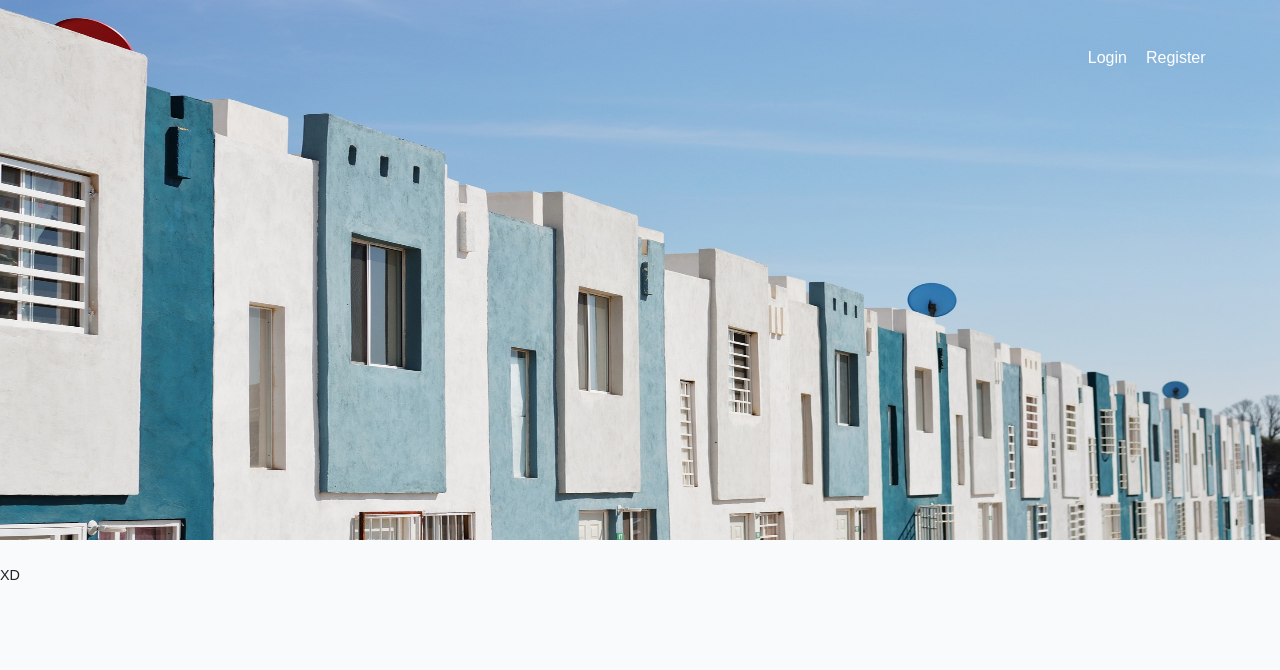
Repository: PatryxB/buildHouse
Page: http://localhost/
An editor plug-in stored every save of this project. The page is shown before and after the next save, followed by the edit.
The browser window is 1280 px wide. The pictures show the whole page.
Some web fonts or font styles are not loaded; a fallback is used. The page is served by the project's Laravel application, run on PHP 8.4 with Laravel 8. Style sheets and scripts are compiled from the project's sources, by tool versions that may differ from the author's.

Above is the page before, as saved 2020-04-30 20:08:51.

After the next save:
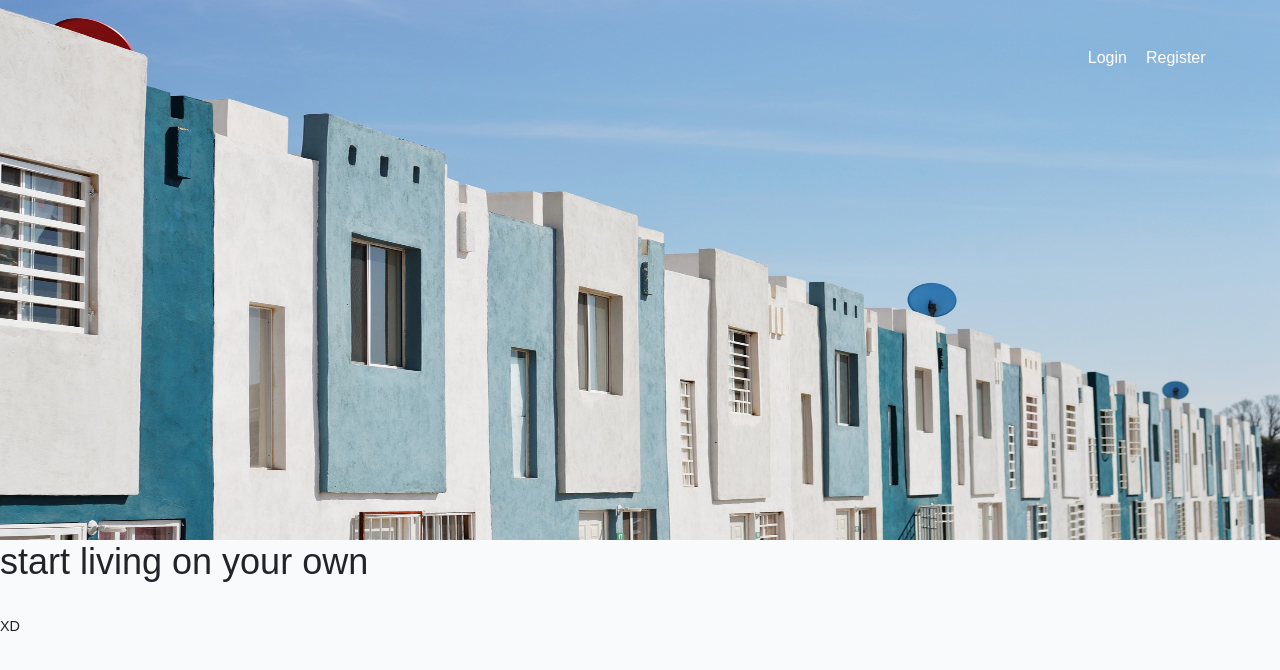
Saved 102 s later.
--- a/resources/views/welcome.blade.php
+++ b/resources/views/welcome.blade.php
@@ -16,6 +16,7 @@
         <section id="welcome">
             <div class="banner">
                 <img src="{{asset('/img/housebanner.jpg')}}" alt="">
+                <h1>start living on your own</h1>
             </div>
         </section>
 
